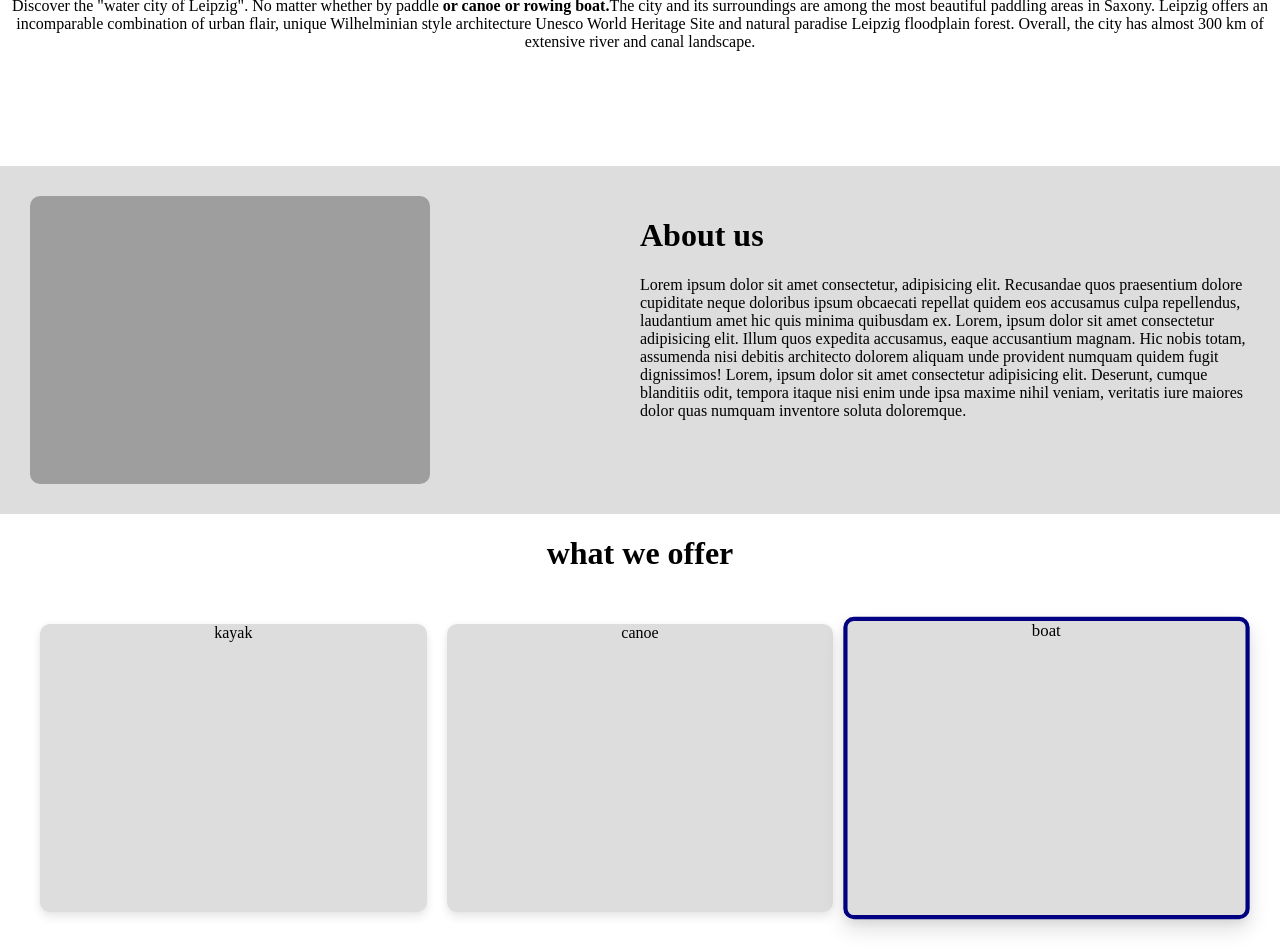
Repository: joseluis2289/Responsive-club-website
Page: index.html
The author's editor kept a copy of each file at every save. The page is drawn from the files as they stood at one save, then again after the next save.
The browser window is 1280 px wide. The pictures show the part of the page from y = 840 to 1792 px (the page is 1792 px tall).
The pointer rests on the first visible `.boat`.
Pictures or frames that could not be fetched are drawn as grey boxes.

Above is the page before, as saved 2021-08-23 16:00:41.

### index.html
<!DOCTYPE html>
<html lang="en">
<head>
    <meta charset="UTF-8">
    <meta http-equiv="X-UA-Compatible" content="IE=edge">
    <meta name="viewport" content="width=device-width, initial-scale=1.0">
    <link rel="stylesheet" href="style.css">
    <script src="script.js" defer></script>
    <title>Responsive-Club-website</title>
</head>
<body>

    <nav class="navbar">
        <!-- hamburger toggle -->
        <div class="brand-title">Club-Website</div>
        <a href="#" class="toggle-button">
            <span class="bar"></span>
            <span class="bar"></span>
            <span class="bar"></span>
        </a>

        <div class="nav-links">
            <ul>
                <li><a href="#">Home</a></li>
                <li><a href="#">About</a></li>
                <li><a href="#">Contact</a></li>
            </ul>
        </div>
    </nav>
<div class="banner"></div>

<section class="welcome">
    <h1>Discover the city of Leipzig kayaking with us</h1>
    <p>Discover the "water city of Leipzig". No matter whether by paddle <strong>or canoe or rowing boat.</strong>The city and its surroundings are among the most beautiful paddling areas in Saxony. Leipzig offers an incomparable combination of urban flair, unique Wilhelminian style architecture Unesco World Heritage Site and natural paradise Leipzig floodplain forest. Overall, the city has almost 300 km of extensive river and canal landscape.</p>

</section>

<!-- about us section -->
<div class="grid-container-about">
    <img class="grid-item-img" src="./Cosmetics Discount Sale Landscape Banner.png" alt="">
    <div class="grid-item-text"><h1>About us</h1>Lorem ipsum dolor sit amet consectetur, adipisicing elit. Recusandae quos praesentium dolore cupiditate neque doloribus ipsum obcaecati repellat quidem eos accusamus culpa repellendus, laudantium amet hic quis minima quibusdam ex. Lorem, ipsum dolor sit amet consectetur adipisicing elit. Illum quos expedita accusamus, eaque accusantium magnam. Hic nobis totam, assumenda nisi debitis architecto dolorem aliquam unde provident numquam quidem fugit dignissimos! Lorem, ipsum dolor sit amet consectetur adipisicing elit. Deserunt, cumque blanditiis odit, tempora itaque nisi enim unde ipsa maxime nihil veniam, veritatis iure maiores dolor quas numquam inventore soluta doloremque.</div>
</div>

<h1 class="tittle-what-we-offer">what we offer</h1>
<section class="what-we-offer">
    <div class="kayak">kayak</div>
    <div class="canoe">canoe</div>
    <div class="boat">boat</div>
</section>
</body>
</html>

### style.css
*{
    box-sizing: border-box;
}

body{
    margin: 0;
    border: 0;
}

.navbar{
    display: flex;
    justify-content: space-between;
    align-items: center;
    background-color: #333;
    color: white;
    font-family: 'Poppins', san;

}

.brand-title{
    font-size: 1.6rem;
    margin: .5rem;
    text-transform: uppercase;
    letter-spacing: 4px;
    -webkit-box-shadow: 0 10px 6px -6px rgb(80, 73, 73);
    -moz-box-shadow:0 10px 6px -6px rgb(114, 110, 110);
    box-shadow: 0 10px 6px -6px rgb(136, 133, 133);
    border-radius:10px;
}

.nav-links ul {
    margin: 0;
    padding: 0;
    display: flex;
}
.nav-links li {
    list-style: none;
}

.nav-links li a {
    text-decoration: none;
    color: white;
    padding: 1rem;
    display: block;
}
.nav-links li:hover{
    background-color:#555;
}

.toggle-button {
    position: absolute;
    top: .75rem;
    right: 1rem;
    display: none;
    flex-direction: column;
    justify-content: space-between;
    width: 30px;
    height: 22px;
}

.toggle-button .bar {
    height: 3px;
    width: 100%;
    background-color: white;
    border-radius: 10px;
}

.banner{
    background-image: url("/Cosmetics\ Discount\ Sale\ Landscape\ Banner.png");
    background-repeat: no-repeat;
    background-position: cover;
    background-size: 100% 100vh;
    height: 100vh;
}

/* discover the city of Leipzig */
.welcome{
    text-align: center;
    height: 30vh;

}

.grid-container-about{
    background-color: #ddd;
    display: grid;
    grid-template-columns: 1fr 1fr;
    padding: 30px;
}
.grid-item-img{
    width: 400px;
    height: 40vh;
    border-radius:10px;

}
/* what we offer */
.tittle-what-we-offer{
    text-align: center;
}
.what-we-offer{
    display: grid;
    grid-template-columns: 1fr 1fr 1fr;
    padding: 20px;
    text-align: center;
    margin: 10px;
}
.kayak{
    background-image:url('./Cosmetics\ Discount\ Sale\ Landscape\ Banner.png');
    height: 40vh;
    margin: 10px;
    border-radius:10px;
    background: #ddd;
    box-shadow: 0 6px 10px rgba(14, 13, 13, 0.08), 0 0 6px rgba(0, 0, 0, 0.05);
    cursor: pointer;
}
.canoe{
    background-image:url('./Cosmetics\ Discount\ Sale\ Landscape\ Banner.png');
    height: 40vh;
    margin: 10px;
    border-radius:10px;
    background: #ddd;
    box-shadow: 0 6px 10px rgba(14, 13, 13, 0.08), 0 0 6px rgba(0, 0, 0, 0.05);
    cursor: pointer;
}
.boat{
    background-image:url('./Cosmetics\ Discount\ Sale\ Landscape\ Banner.png');
    height: 40vh;
    margin: 10px;
    border-radius:10px;
    background: #ddd;
    box-shadow: 0 6px 10px rgba(14, 13, 13, 0.08), 0 0 6px rgba(0, 0, 0, 0.05);
    cursor: pointer;
}

.boat:hover{
    border: navy solid 4px;
    transform: scale(1.05);
    box-shadow: 0 10px 20px rgba(0, 0, 0, 0.12), 0 4px 8px rgba(0, 0, 0, 0.06);
}


@media (max-width: 500px){
    .toggle-button{
        display: flex;
    }
    .nav-links{
          display: none;
         width: 100%;
    }
    .navbar{
        flex-direction: column;
        align-items: flex-start;
    }
    .nav-links ul {
        width: 100%;
        flex-direction: column;

    }
    .nav-links li {
        text-align: center;
    }
    .nav-links li a {
        padding: .5rem 1rem;
    }
    .nav-links.active{
        display: flex;

    }

}

### script.js
const toggleButton = document.getElementsByClassName("toggle-button")[0]
const navBarLinks = document.getElementsByClassName("nav-links")[0]

toggleButton.addEventListener("click", () =>{
    // toggle the active class so If the active class does exist it will add it and viceversa
    navBarLinks.classList.toggle("active")
}
)

After the next save:
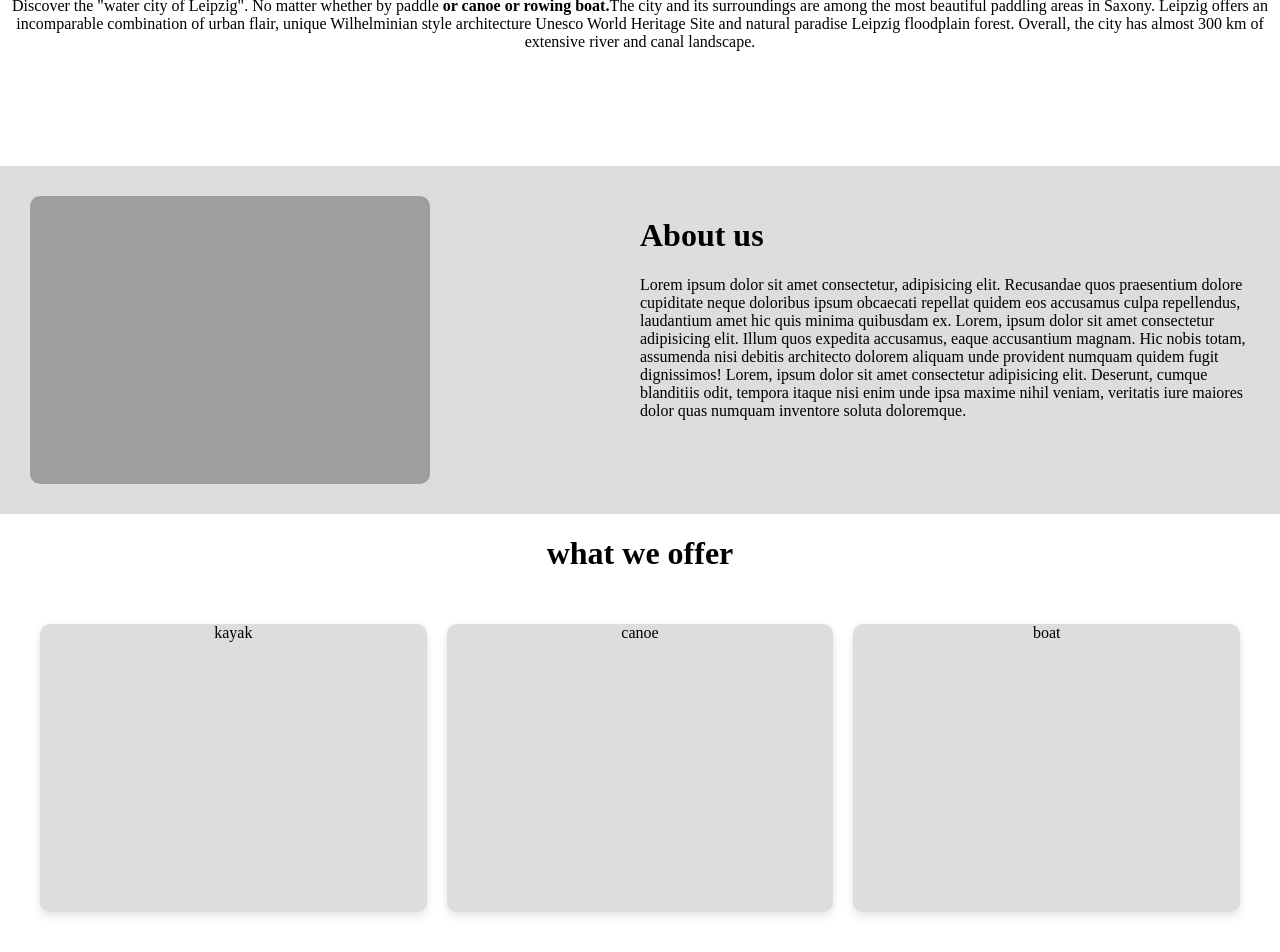
Saved 73 s later.
--- a/style.css
+++ b/style.css
@@ -131,7 +131,7 @@ body{
     cursor: pointer;
 }
 
-.boat:hover{
+.boat.kayak.canoe:hover{
     border: navy solid 4px;
     transform: scale(1.05);
     box-shadow: 0 10px 20px rgba(0, 0, 0, 0.12), 0 4px 8px rgba(0, 0, 0, 0.06);
